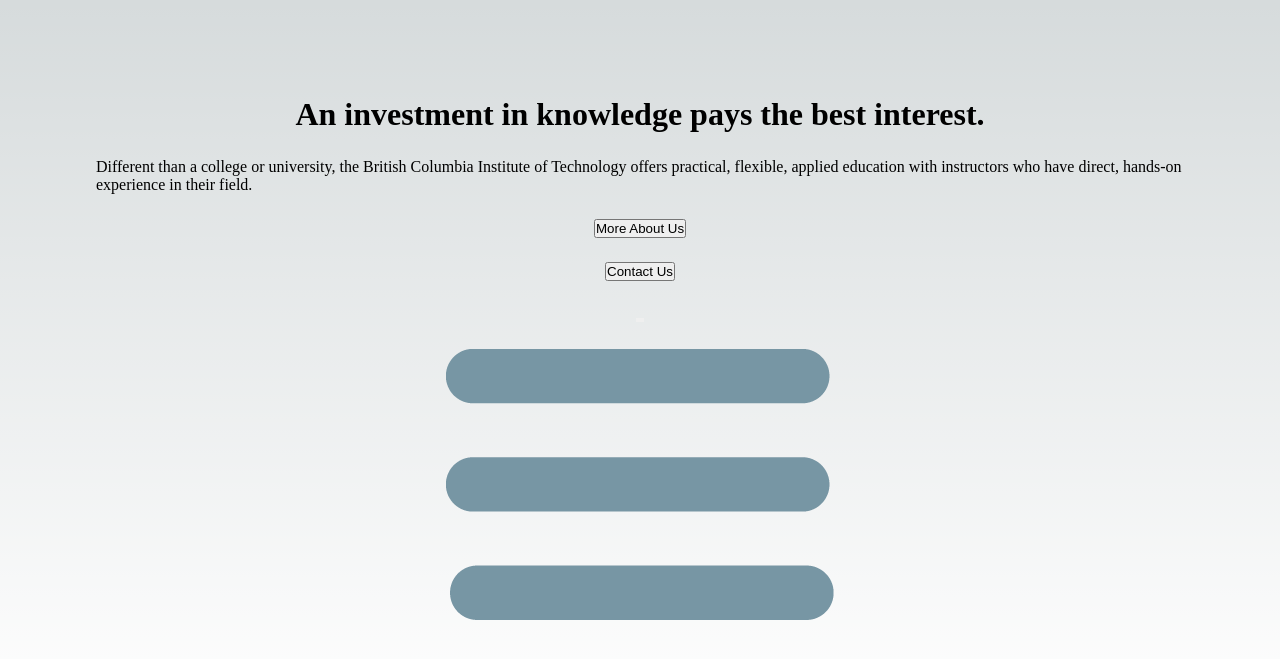
Repository: jennydmcm/assignment-1-playwright-site-A01338943
Page: /
The author's editor kept a copy of each file at every save. The page is drawn from the files as they stood at one save, then again after the next save.
The browser window is 1280 px wide. The pictures show the whole page.
The project was rebuilt for these pictures with package versions that can differ from the ones it lists, and the page was loaded fresh each time. The framework's server and built-in components were replaced by stand-ins that run in the browser. Also part of the build but not shown: next.config.js.

Above is the page before, as saved 2023-02-03 17:05:09.

### pages/_app.js
import '../styles/globals.css'
import '../styles/variables.css'

function MyApp({ Component, pageProps }) {
  return <Component {...pageProps} />
}

export default MyApp

### pages/index.js
import Head from 'next/head'
import Image from 'next/image'
import { Inter } from '@next/font/google'
import styles from '@/styles/Home.module.css'
import { useRouter } from 'next/router'

const inter = Inter({ subsets: ['latin'] })

export default function Home() {
  const router = useRouter()
  return (
    <>
      <Head>
        <title>{'Home'}</title>
        <meta name="description" content="Generated by create next app" />
        <meta name="viewport" content="width=device-width, initial-scale=1" />
        <meta name="author" content={'MDIA 2109'} />
        <meta property='og:title' content={'Assignment #1 - Home Page'} />
        <meta property='og:description' content={'BCIT Digital Design and Development Diploma'} />
        <link rel="icon" href="/favicon.png" />
      </Head>
      <main className={styles.main}>
        <h1>{'An investment in knowledge pays the best interest.'}</h1>
        <p>{'Different than a college or university, the British Columbia Institute of Technology offers practical, flexible, applied education with instructors who have direct, hands-on experience in their field.'}</p>
        <button type='button' onClick={() => router.push('/about')}>More About Us</button>
        <button type='button' onClick={() => router.push('/contact')}>Contact Us</button>
        <a>
          <button type='button' src='/upwardArrow.png'></button>
          <button type='button' src='/downwardArrow.png'></button>
         </a>
         <a>
          <span>
            <img src='/menu-icon.png'></img>
          </span>
        </a>
      </main>
    </>
  )
}

### styles/variables.css
:root{
    --primary-color: #fff;
    --secondary-color: #f4d6b9;
    --ternary-color: #14343d;
    --quaternary-color: #14343d;
    --quinary-color: rgba(16,46,53,0.5);

}

### styles/Home.module.css
.main {
  display: flex;
  flex-direction: column;
  justify-content: space-between;
  align-items: center;
  padding: 6rem;
  min-height: 100vh;
}

.description {
  display: inherit;
  justify-content: inherit;
  align-items: inherit;
  font-size: 0.85rem;
  max-width: var(--max-width);
  width: 100%;
  z-index: 2;
  font-family: var(--font-mono);
}

.description a {
  display: flex;
  justify-content: center;
  align-items: center;
  gap: 0.5rem;
}

.description p {
  position: relative;
  margin: 0;
  padding: 1rem;
  background-color: rgba(var(--callout-rgb), 0.5);
  border: 1px solid rgba(var(--callout-border-rgb), 0.3);
  border-radius: var(--border-radius);
}

.code {
  font-weight: 700;
  font-family: var(--font-mono);
}

.grid {
  display: grid;
  grid-template-columns: repeat(4, minmax(25%, auto));
  width: var(--max-width);
  max-width: 100%;
}

.card {
  padding: 1rem 1.2rem;
  border-radius: var(--border-radius);
  background: rgba(var(--card-rgb), 0);
  border: 1px solid rgba(var(--card-border-rgb), 0);
  transition: background 200ms, border 200ms;
}

.card span {
  display: inline-block;
  transition: transform 200ms;
}

.card h2 {
  font-weight: 600;
  margin-bottom: 0.7rem;
}

.card p {
  margin: 0;
  opacity: 0.6;
  font-size: 0.9rem;
  line-height: 1.5;
  max-width: 30ch;
}

.center {
  display: flex;
  justify-content: center;
  align-items: center;
  position: relative;
  padding: 4rem 0;
}

.center::before {
  background: var(--secondary-glow);
  border-radius: 50%;
  width: 480px;
  height: 360px;
  margin-left: -400px;
}

.center::after {
  background: var(--primary-glow);
  width: 240px;
  height: 180px;
  z-index: -1;
}

.center::before,
.center::after {
  content: '';
  left: 50%;
  position: absolute;
  filter: blur(45px);
  transform: translateZ(0);
}

.logo,
.thirteen {
  position: relative;
}

.thirteen {
  display: flex;
  justify-content: center;
  align-items: center;
  width: 75px;
  height: 75px;
  padding: 25px 10px;
  margin-left: 16px;
  transform: translateZ(0);
  border-radius: var(--border-radius);
  overflow: hidden;
  box-shadow: 0px 2px 8px -1px #0000001a;
}

.thirteen::before,
.thirteen::after {
  content: '';
  position: absolute;
  z-index: -1;
}

/* Conic Gradient Animation */
.thirteen::before {
  animation: 6s rotate linear infinite;
  width: 200%;
  height: 200%;
  background: var(--tile-border);
}

/* Inner Square */
.thirteen::after {
  inset: 0;
  padding: 1px;
  border-radius: var(--border-radius);
  background: linear-gradient(
    to bottom right,
    rgba(var(--tile-start-rgb), 1),
    rgba(var(--tile-end-rgb), 1)
  );
  background-clip: content-box;
}

/* Enable hover only on non-touch devices */
@media (hover: hover) and (pointer: fine) {
  .card:hover {
    background: rgba(var(--card-rgb), 0.1);
    border: 1px solid rgba(var(--card-border-rgb), 0.15);
  }

  .card:hover span {
    transform: translateX(4px);
  }
}

@media (prefers-reduced-motion) {
  .thirteen::before {
    animation: none;
  }

  .card:hover span {
    transform: none;
  }
}

/* Tablet */
@media (min-width:600px) and (max-width: 1000px){

}

/* Mobile */
@media (max-width: 600px) {
  .content {
    padding: 4rem;
  }

  .grid {
    grid-template-columns: 1fr;
    margin-bottom: 120px;
    max-width: 320px;
    text-align: center;
  }

  .card {
    padding: 1rem 2.5rem;
  }

  .card h2 {
    margin-bottom: 0.5rem;
  }

  .center {
    padding: 8rem 0 6rem;
  }

  .center::before {
    transform: none;
    height: 300px;
  }

  .description {
    font-size: 0.8rem;
  }

  .description a {
    padding: 1rem;
  }

  .description p,
  .description div {
    display: flex;
    justify-content: center;
    position: fixed;
    width: 100%;
  }

  .description p {
    align-items: center;
    inset: 0 0 auto;
    padding: 2rem 1rem 1.4rem;
    border-radius: 0;
    border: none;
    border-bottom: 1px solid rgba(var(--callout-border-rgb), 0.25);
    background: linear-gradient(
      to bottom,
      rgba(var(--background-start-rgb), 1),
      rgba(var(--callout-rgb), 0.5)
    );
    background-clip: padding-box;
    backdrop-filter: blur(24px);
  }

  .description div {
    align-items: flex-end;
    pointer-events: none;
    inset: auto 0 0;
    padding: 2rem;
    height: 200px;
    background: linear-gradient(
      to bottom,
      transparent 0%,
      rgb(var(--background-end-rgb)) 40%
    );
    z-index: 1;
  }
}

/* Tablet and Smaller Desktop */
@media (min-width: 701px) and (max-width: 1120px) {
  .grid {
    grid-template-columns: repeat(2, 50%);
  }
}

@media (prefers-color-scheme: dark) {
  .vercelLogo {
    filter: invert(1);
  }

  .logo,
  .thirteen img {
    filter: invert(1) drop-shadow(0 0 0.3rem #ffffff70);
  }
}

@keyframes rotate {
  from {
    transform: rotate(360deg);
  }
  to {
    transform: rotate(0deg);
  }
}

Loaded but not shown: pages/_document.js (common file); pages/api/hello.js (common file); styles/globals.css (common file)

After the next save:
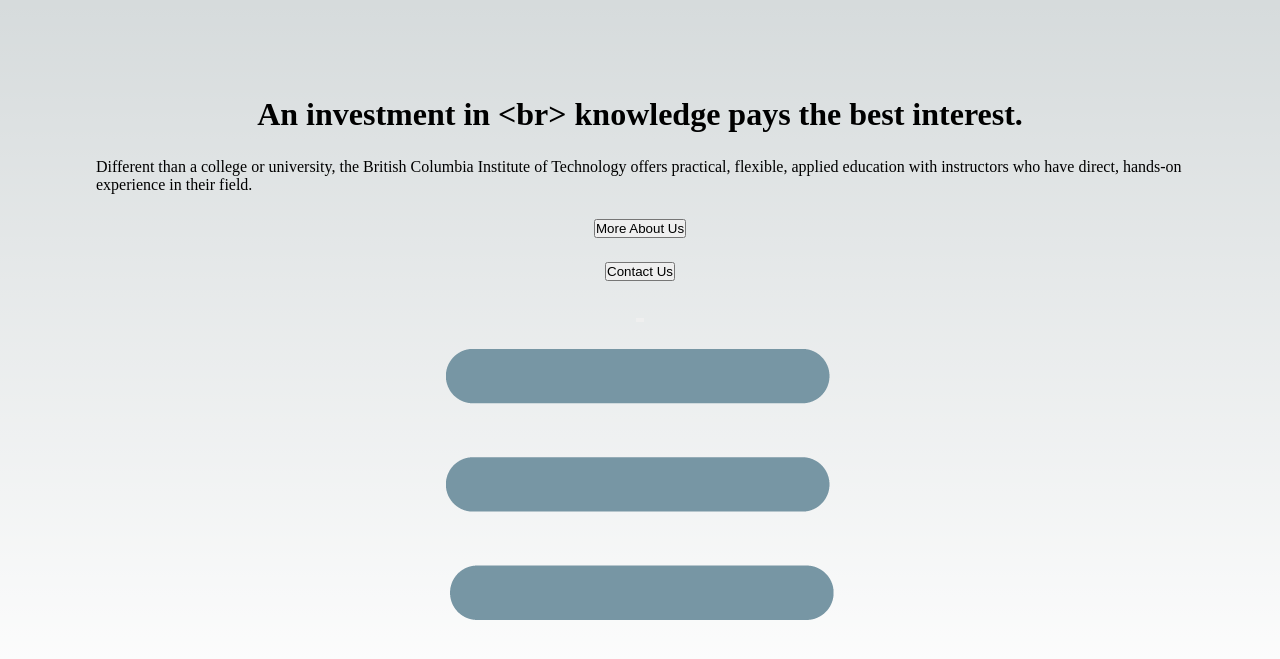
Saved 95 s later.
--- a/pages/index.js
+++ b/pages/index.js
@@ -20,7 +20,7 @@ export default function Home() {
         <link rel="icon" href="/favicon.png" />
       </Head>
       <main className={styles.main}>
-        <h1>{'An investment in knowledge pays the best interest.'}</h1>
+        <h1>{'An investment in <br> knowledge pays the best interest.'}</h1>
         <p>{'Different than a college or university, the British Columbia Institute of Technology offers practical, flexible, applied education with instructors who have direct, hands-on experience in their field.'}</p>
         <button type='button' onClick={() => router.push('/about')}>More About Us</button>
         <button type='button' onClick={() => router.push('/contact')}>Contact Us</button>
